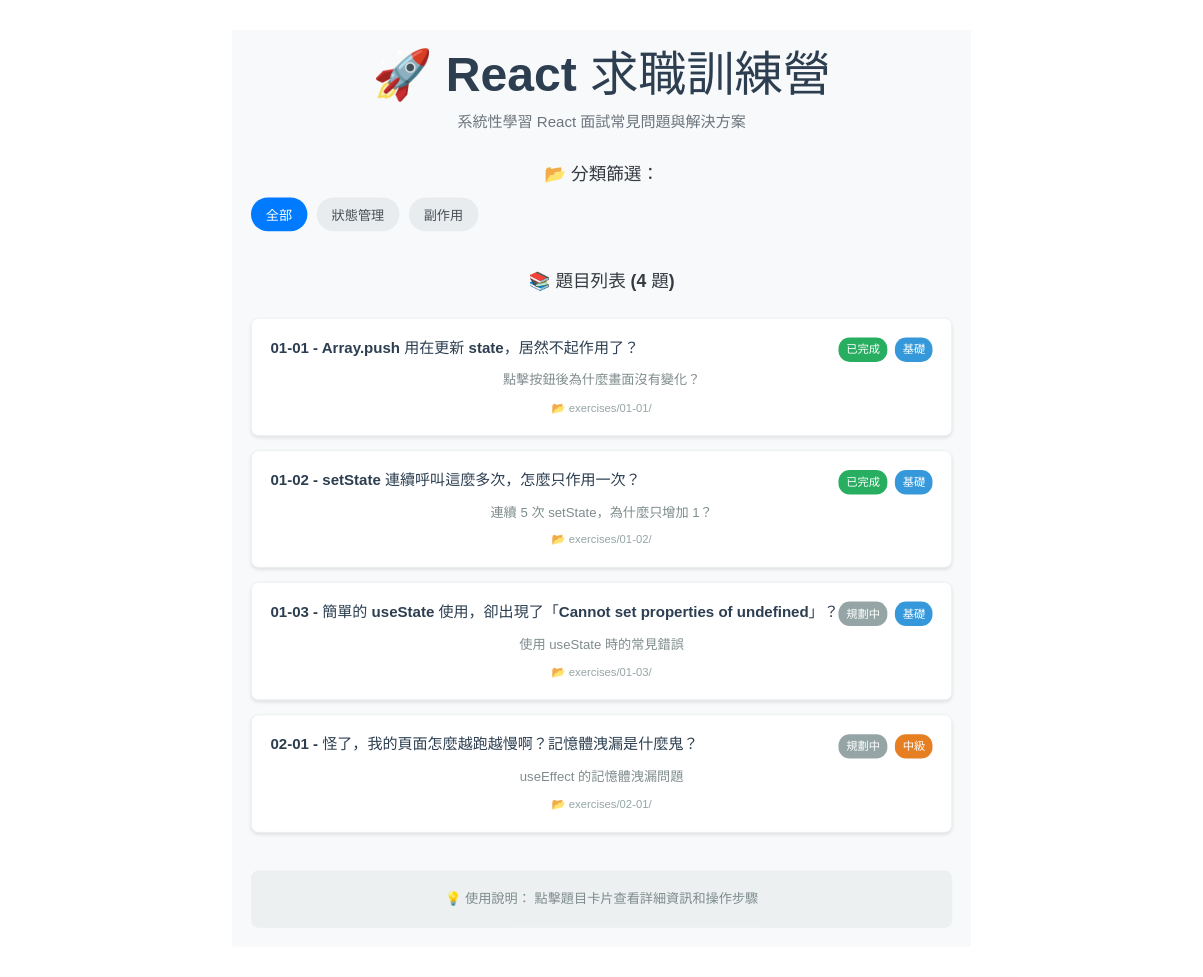
Repository: Jeffrey0117/React-Beginner-Challenges
Page: /
The author's editor kept a copy of each file at every save. The page is drawn from the files as they stood at one save, then again after the next save.
The browser window is 1280 px wide. The pictures show the whole page, at 94% of full size.
The project was rebuilt for these pictures with package versions that can differ from the ones it lists, and the page was loaded fresh each time. Also part of the build but not shown: vite.config.js.

Above is the page before, as saved 2025-08-14 09:47:25.

### src/App.jsx
import { useState } from 'react'
import './App.css'

// 題目資料
const exercises = [
  {
    id: '01-01',
    title: 'Array.push 用在更新 state，居然不起作用了？',
    description: '點擊按鈕後為什麼畫面沒有變化？',
    difficulty: '基礎',
    status: '已完成',
    category: '狀態管理'
  },
  {
    id: '01-02',
    title: 'setState 連續呼叫這麼多次，怎麼只作用一次？',
    description: '連續 5 次 setState，為什麼只增加 1？',
    difficulty: '基礎',
    status: '已完成',
    category: '狀態管理'
  },
  {
    id: '01-03',
    title: '簡單的 useState 使用，卻出現了「Cannot set properties of undefined」？',
    description: '使用 useState 時的常見錯誤',
    difficulty: '基礎',
    status: '規劃中',
    category: '狀態管理'
  },
  {
    id: '02-01',
    title: '怪了，我的頁面怎麼越跑越慢啊？記憶體洩漏是什麼鬼？',
    description: 'useEffect 的記憶體洩漏問題',
    difficulty: '中級',
    status: '規劃中',
    category: '副作用'
  }
]

function App() {
  const [selectedCategory, setSelectedCategory] = useState('全部')
  const [selectedExercise, setSelectedExercise] = useState(null)

  // 獲取分類
  const categories = ['全部', ...new Set(exercises.map(ex => ex.category))]

  // 過濾題目
  const filteredExercises = selectedCategory === '全部'
    ? exercises
    : exercises.filter(ex => ex.category === selectedCategory)

  const getStatusColor = (status) => {
    switch (status) {
      case '已完成': return '#27ae60'
      case '進行中': return '#f39c12'
      case '規劃中': return '#95a5a6'
      default: return '#95a5a6'
    }
  }

  const getDifficultyColor = (difficulty) => {
    switch (difficulty) {
      case '基礎': return '#3498db'
      case '中級': return '#e67e22'
      case '高級': return '#e74c3c'
      default: return '#95a5a6'
    }
  }

  if (selectedExercise) {
    return (
      <div style={{ padding: '20px', fontFamily: 'Arial, sans-serif' }}>
        <button
          onClick={() => setSelectedExercise(null)}
          style={{
            backgroundColor: '#95a5a6',
            color: 'white',
            padding: '10px 20px',
            border: 'none',
            borderRadius: '4px',
            cursor: 'pointer',
            marginBottom: '20px'
          }}
        >
          ← 回到題目列表
        </button>

        <div style={{
          padding: '20px',
          backgroundColor: '#fff3cd',
          borderRadius: '8px',
          borderLeft: '4px solid #ffc107'
        }}>
          <h2 style={{ margin: '0 0 10px 0', color: '#856404' }}>
            {selectedExercise.id} - {selectedExercise.title}
          </h2>
          <p style={{ margin: '0', color: '#856404' }}>
            📁 請到 <code>exercises/{selectedExercise.id}/</code> 資料夾查看題目詳情
          </p>
          <div style={{ marginTop: '15px' }}>
            <h3 style={{ color: '#856404' }}>操作步驟：</h3>
            <ol style={{ color: '#856404' }}>
              <li>查看 <code>exercises/{selectedExercise.id}/README.md</code> 了解問題</li>
              <li>複製 <code>exercises/{selectedExercise.id}/problem/App.jsx</code> 到 <code>src/App.jsx</code> 測試問題</li>
              <li>嘗試自己解決問題</li>
              <li>查看 <code>exercises/{selectedExercise.id}/solution/README.md</code> 學習解答</li>
            </ol>
          </div>
        </div>
      </div>
    )
  }

  return (
    <div style={{
      padding: '20px',
      fontFamily: 'Arial, sans-serif',
      backgroundColor: '#f8f9fa',
      minHeight: '100vh'
    }}>
      <header style={{ marginBottom: '30px', textAlign: 'center' }}>
        <h1 style={{
          color: '#2c3e50',
          margin: '0 0 10px 0',
          textShadow: 'none'
        }}>
          🚀 React 求職訓練營
        </h1>
        <p style={{
          color: '#6c757d',
          margin: '0',
          textShadow: 'none'
        }}>
          系統性學習 React 面試常見問題與解決方案
        </p>
      </header>

      {/* 分類篩選 */}
      <div style={{ marginBottom: '20px' }}>
        <h3 style={{
          marginBottom: '10px',
          color: '#343a40',
          textShadow: 'none'
        }}>📂 分類篩選：</h3>
        <div style={{ display: 'flex', gap: '10px', flexWrap: 'wrap' }}>
          {categories.map(category => (
            <button
              key={category}
              onClick={() => setSelectedCategory(category)}
              style={{
                backgroundColor: selectedCategory === category ? '#007bff' : '#e9ecef',
                color: selectedCategory === category ? 'white' : '#495057',
                padding: '8px 16px',
                border: 'none',
                borderRadius: '20px',
                cursor: 'pointer',
                fontSize: '14px',
                transition: 'all 0.3s ease',
                textShadow: 'none'
              }}
            >
              {category}
            </button>
          ))}
        </div>
      </div>

      {/* 題目列表 */}
      <div style={{ display: 'grid', gap: '15px' }}>
        <h3 style={{
          marginBottom: '10px',
          color: '#343a40',
          textShadow: 'none'
        }}>
          📚 題目列表 ({filteredExercises.length} 題)
        </h3>

        {filteredExercises.map(exercise => (
          <div
            key={exercise.id}
            onClick={() => setSelectedExercise(exercise)}
            style={{
              padding: '20px',
              backgroundColor: 'white',
              borderRadius: '8px',
              boxShadow: '0 2px 4px rgba(0,0,0,0.1)',
              border: '1px solid #ecf0f1',
              cursor: 'pointer',
              transition: 'all 0.3s ease'
            }}
            onMouseEnter={(e) => {
              e.target.style.boxShadow = '0 4px 8px rgba(0,0,0,0.15)'
              e.target.style.transform = 'translateY(-2px)'
            }}
            onMouseLeave={(e) => {
              e.target.style.boxShadow = '0 2px 4px rgba(0,0,0,0.1)'
              e.target.style.transform = 'translateY(0)'
            }}
          >
            <div style={{ display: 'flex', justifyContent: 'space-between', alignItems: 'flex-start', marginBottom: '10px' }}>
              <h4 style={{
                margin: '0',
                color: '#2c3e50',
                fontSize: '16px',
                lineHeight: '1.4'
              }}>
                {exercise.id} - {exercise.title}
              </h4>
              <div style={{ display: 'flex', gap: '8px' }}>
                <span style={{
                  backgroundColor: getStatusColor(exercise.status),
                  color: 'white',
                  padding: '4px 8px',
                  borderRadius: '12px',
                  fontSize: '12px',
                  fontWeight: 'bold'
                }}>
                  {exercise.status}
                </span>
                <span style={{
                  backgroundColor: getDifficultyColor(exercise.difficulty),
                  color: 'white',
                  padding: '4px 8px',
                  borderRadius: '12px',
                  fontSize: '12px',
                  fontWeight: 'bold'
                }}>
                  {exercise.difficulty}
                </span>
              </div>
            </div>
            <p style={{
              margin: '0',
              color: '#7f8c8d',
              fontSize: '14px',
              lineHeight: '1.4'
            }}>
              {exercise.description}
            </p>
            <div style={{
              marginTop: '10px',
              fontSize: '12px',
              color: '#95a5a6'
            }}>
              📂 exercises/{exercise.id}/
            </div>
          </div>
        ))}
      </div>

      <footer style={{
        marginTop: '40px',
        padding: '20px',
        backgroundColor: '#ecf0f1',
        borderRadius: '8px',
        textAlign: 'center'
      }}>
        <p style={{ margin: '0', color: '#7f8c8d', fontSize: '14px' }}>
          💡 <strong>使用說明：</strong> 點擊題目卡片查看詳細資訊和操作步驟
        </p>
      </footer>
    </div>
  )
}

export default App

Loaded but not shown: index.html (common file); src/main.jsx (common file); src/index.css (common file); src/App.css (common file)

After the next save:
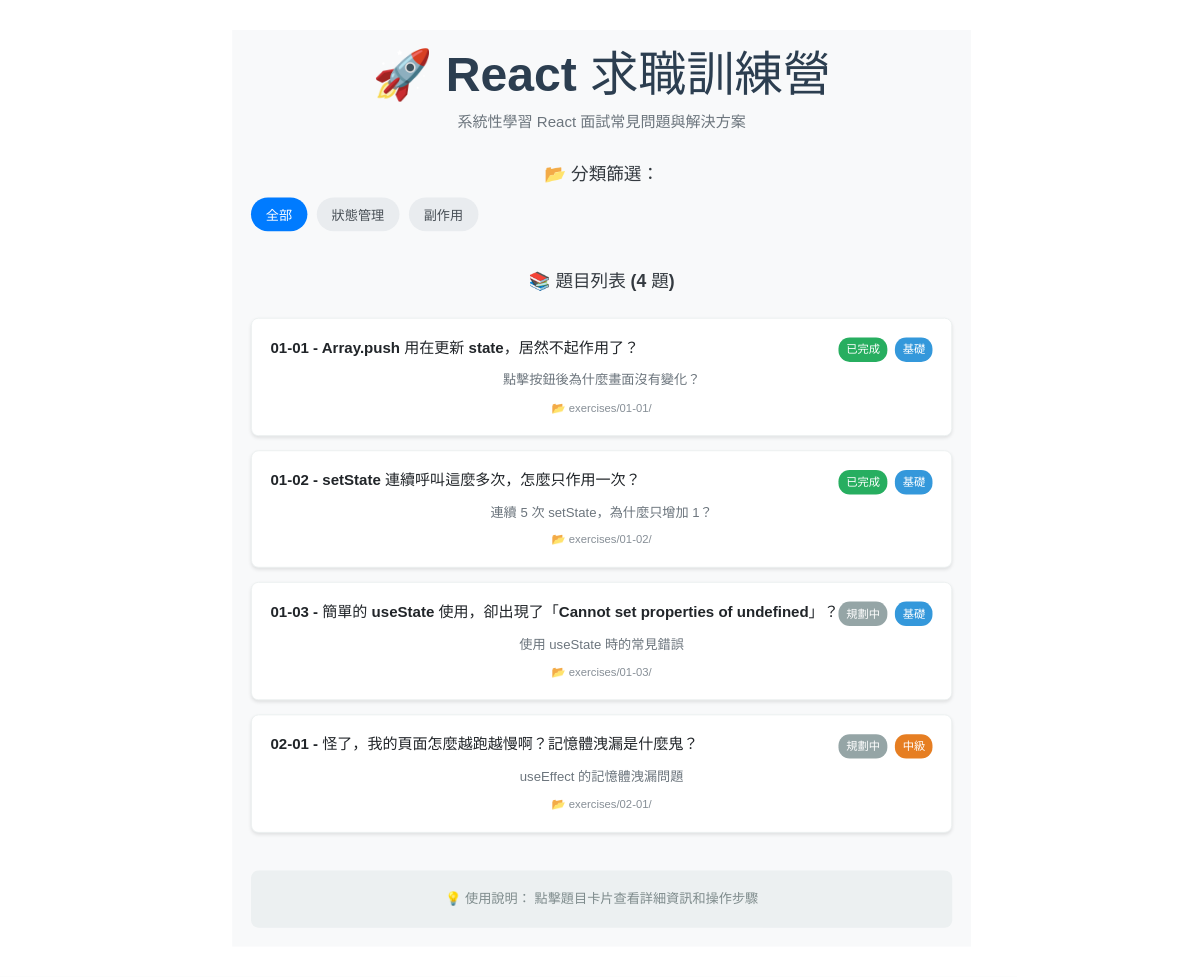
Saved 11 s later.
--- a/src/App.jsx
+++ b/src/App.jsx
@@ -200,9 +200,10 @@
             <div style={{ display: 'flex', justifyContent: 'space-between', alignItems: 'flex-start', marginBottom: '10px' }}>
               <h4 style={{
                 margin: '0',
-                color: '#2c3e50',
+                color: '#212529',
                 fontSize: '16px',
-                lineHeight: '1.4'
+                lineHeight: '1.4',
+                textShadow: 'none'
               }}>
                 {exercise.id} - {exercise.title}
               </h4>
@@ -213,7 +214,8 @@
                   padding: '4px 8px',
                   borderRadius: '12px',
                   fontSize: '12px',
-                  fontWeight: 'bold'
+                  fontWeight: 'bold',
+                  textShadow: 'none'
                 }}>
                   {exercise.status}
                 </span>
@@ -223,7 +225,8 @@
                   padding: '4px 8px',
                   borderRadius: '12px',
                   fontSize: '12px',
-                  fontWeight: 'bold'
+                  fontWeight: 'bold',
+                  textShadow: 'none'
                 }}>
                   {exercise.difficulty}
                 </span>
@@ -231,16 +234,18 @@
             </div>
             <p style={{
               margin: '0',
-              color: '#7f8c8d',
+              color: '#6c757d',
               fontSize: '14px',
-              lineHeight: '1.4'
+              lineHeight: '1.4',
+              textShadow: 'none'
             }}>
               {exercise.description}
             </p>
             <div style={{
               marginTop: '10px',
               fontSize: '12px',
-              color: '#95a5a6'
+              color: '#868e96',
+              textShadow: 'none'
             }}>
               📂 exercises/{exercise.id}/
             </div>
